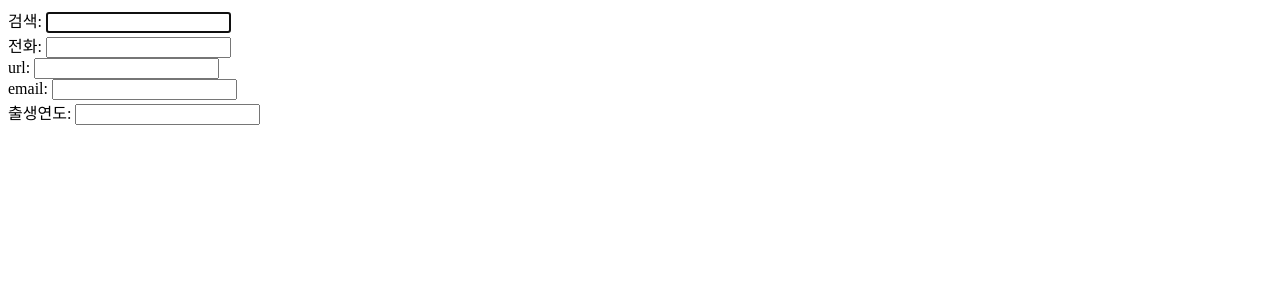
Repository: Jin0207/html_css
Page: day1130/src/main/webapp/enhancedTag.html
The author's editor kept a copy of each file at every save. The page is drawn from the files as they stood at one save, then again after the next save.
The browser window is 1280 px wide. The pictures show the whole page.

Above is the page before, as saved 2021-11-30 06:32:59.

### day1130/src/main/webapp/enhancedTag.html
<!DOCTYPE html>
<html>
<head>
<meta charset="EUC-KR">
<title>Insert title here</title>
</head>
<body>
	<form action="enhancedTag.jsp" method="post">
		검색: <input type="search" name="keyword" autofocus="autofocus"> <br>
		전화: <input type="tel" name="tel" required="required"> <br>
		url: <input type="url" name="url"> <br>
		email: <input type="email" name="email" required="required"> <br>
		출생연도: <input type="number" name="age" min="year" max="2021" required="required"> <br>
	</form>
</body>
</html>

After the next save:
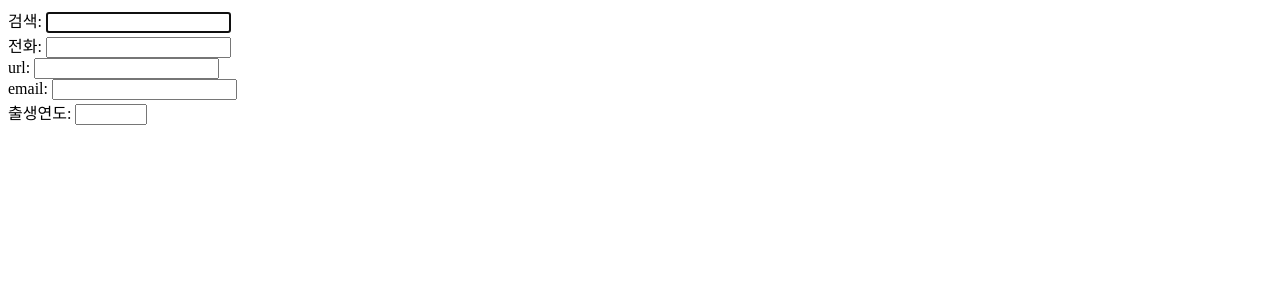
Saved 11 s later.
--- a/day1130/src/main/webapp/enhancedTag.html
+++ b/day1130/src/main/webapp/enhancedTag.html
@@ -10,7 +10,7 @@
 		전화: <input type="tel" name="tel" required="required"> <br>
 		url: <input type="url" name="url"> <br>
 		email: <input type="email" name="email" required="required"> <br>
-		출생연도: <input type="number" name="age" min="year" max="2021" required="required"> <br>
+		출생연도: <input type="number" name="year" min="1900" max="2021" required="required"> <br>
 	</form>
 </body>
 </html>
